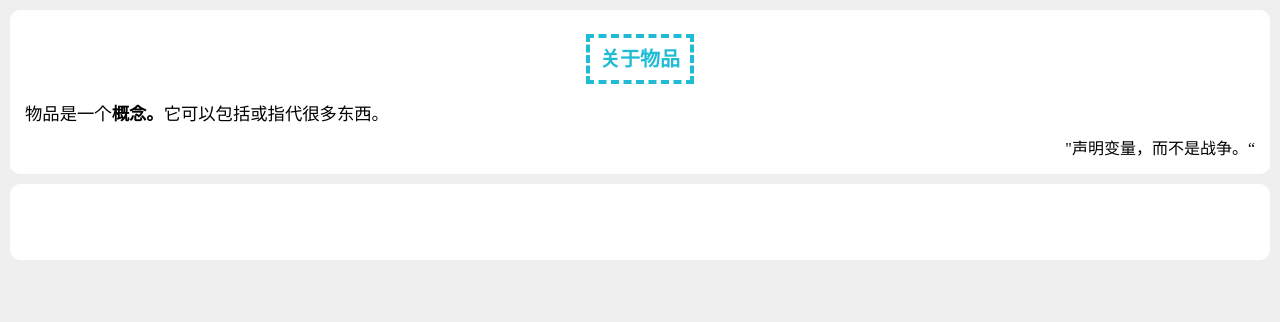
Repository: Yeyuehuke/Webstudy-Feidian
Page: 01-HTMLlearning/02-HTMLBasics/10-BlogProkectMySkills.html
The author's editor kept a copy of each file at every save. The page is drawn from the files as they stood at one save, then again after the next save.
The browser window is 1280 px wide. The pictures show the whole page.

Above is the page before, as saved 2020-05-17 14:59:37.

After the next save:
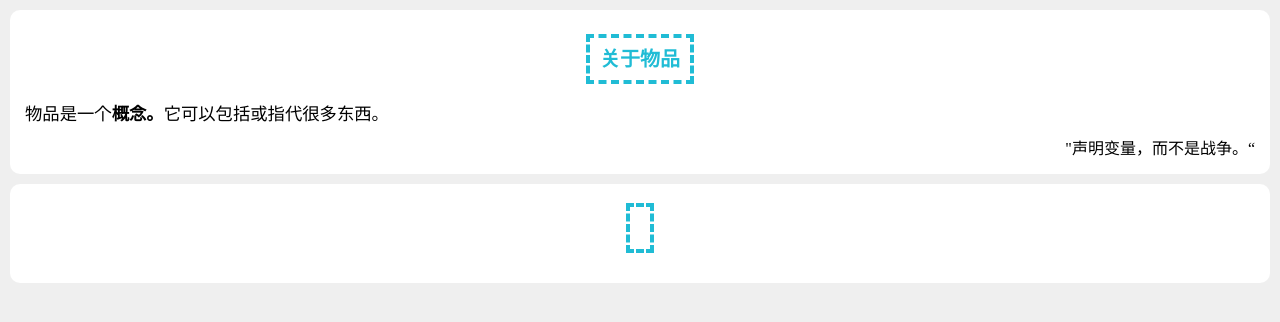
Saved 5 s later.
--- a/01-HTMLlearning/02-HTMLBasics/10-BlogProkectMySkills.html
+++ b/01-HTMLlearning/02-HTMLBasics/10-BlogProkectMySkills.html
@@ -12,7 +12,7 @@
             <p class="quote">"声明变量，而不是战争。“</p>
         </div>
         <div class="section">
-            <h1></h1>
+            <h1><span></span></h1>
         </div>
     </body>
 </html>
